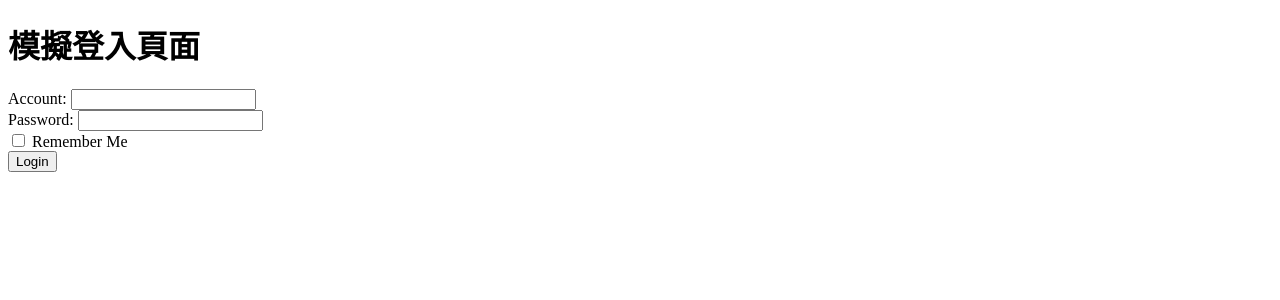
Repository: fgh64hfhk/webworkspace
Page: eeit82_web/src/main/webapp/web61.html
The author's editor kept a copy of each file at every save. The page is drawn from the files as they stood at one save, then again after a run of saves.
The browser window is 1280 px wide. The pictures show the whole page.

Above is the page before, as saved 2024-05-13 08:12:17.

After the next 2 saves:
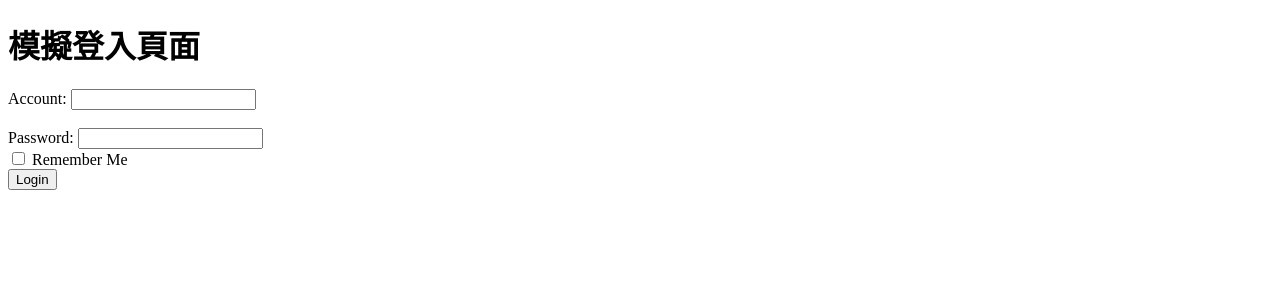
The 2 saves are shown as one change because they came seconds apart.
The last was saved 9 s later.
--- a/eeit82_web/src/main/webapp/web61.html
+++ b/eeit82_web/src/main/webapp/web61.html
@@ -9,8 +9,9 @@
 		<h1>模擬登入頁面</h1>
 		<form action="web62.jsp" onsubmit="return false;">
 			Account:
-			<input name="account" id="account" /><br />
-			Password: <input name="passwd" id="passwd" /><br />
+			<input name="account" id="account" /><br /><br />
+			Password:
+			<input name="passwd" id="passwd" /><br />
 			<input type="checkbox" id="remember" /> Remember Me<br />
 			<input type="submit" value="Login" />
 		</form>
